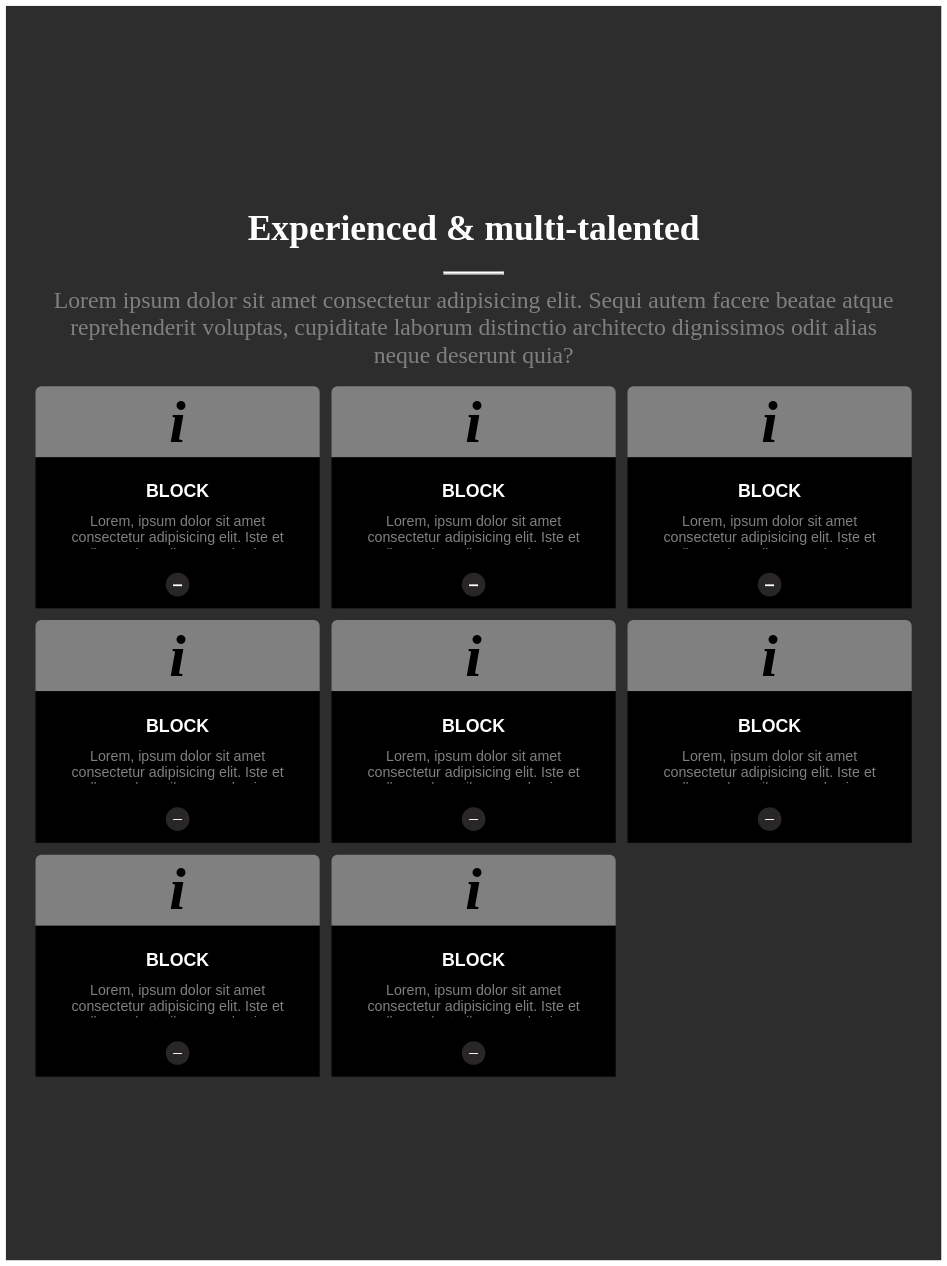
Repository: MohmdMHR/limesharp-test
Page: /
The author's editor kept a copy of each file at every save. The page is drawn from the files as they stood at one save, then again after a run of saves.
The browser window is 1280 px wide. The pictures show the whole page, at 74% of full size.
The project was rebuilt for these pictures with package versions that can differ from the ones it lists, and the page was loaded fresh each time. Also part of the build but not shown: vue.config.js.

Above is the page before, as saved 2022-07-20 18:40:27.

### src/main.js
import Vue from "vue";
import Main from "./Main.vue";

Vue.config.productionTip = false;

new Vue({
  render: (h) => h(Main),
}).$mount("#app");

### src/Main.vue
<template>
  <div class="main container">
    <h1 class="main-title">Experienced & multi-talented</h1>
    <hr class="spacer" />
    <div class="main-content">
      Lorem ipsum dolor sit amet consectetur adipisicing elit. Sequi autem
      facere beatae atque reprehenderit voluptas, cupiditate laborum distinctio
      architecto dignissimos odit alias neque deserunt quia?
    </div>
    <div class="cards-container">
      <card
        v-for="(card, index) in numberOfCards"
        :key="index"
        title="block"
      ></card>
    </div>
  </div>
</template>

<script>
import Card from "./components/card.vue";

export default {
  name: "App",
  components: {
    Card,
  },
  data() {
    return {
      numberOfCards: 8,
    };
  },
};
</script>

<style lang="scss" scoped>
.main {
  padding: 15rem 2rem;
  background-color: rgb(46, 45, 45);
}
.main-title {
  color: white;
  text-align: center;
  font-size: 3rem;
}
.spacer {
  border-top: 3px solid white;
  width: 5rem;
}
.main-content {
  color: gray;
  text-align: center;
  margin: 1rem 2rem;
  font-size: 2rem;
}
.cards-container {
  display: grid;
  grid-template-columns: repeat(auto-fit, 25rem);
  justify-content: center;
}
</style>

### src/components/card.vue
<template>
  <div>
    <div class="card container">
      <div class="card-banner-img">i</div>
      <div class="card-content">
        <h1 class="card-content-title">{{ title }}</h1>
        <p class="card-content-text" :class="{ collapsed: collapsed }">
          Lorem, ipsum dolor sit amet consectetur adipisicing elit. Iste et
          ullam voluptatibus a molestiae deleniti necessitatibus dolor.
        </p>
        <div
          class="card-btn"
          :class="{ toggled: collapsed }"
          @click="collapse()"
        ></div>
      </div>
    </div>
  </div>
</template>

<script>
export default {
  name: "SingleCard",
  data() {
    return {
      collapsed: false,
    };
  },
  props: {
    title: {
      type: String,
      Default: "Block",
    },
  },
  methods: {
    collapse() {
      this.collapsed = !this.collapsed;
    },
  },
};
</script>

<style lang="scss" scoped>
.card {
  position: relative;
  margin: 0.5rem;
}
.card-banner-img {
  overflow: hidden;
  background-color: gray;
  justify-content: center;
  display: flex;
  align-items: center;
  height: 6rem;
  font-weight: bold;
  font-style: italic;
  font-size: 5rem;
  border-radius: 0.5rem 0.5rem 0 0;
}
.card-content {
  background: black;
  padding: 1rem 2rem;
}
.card-content-title {
  color: white;
  text-transform: uppercase;
  text-align: center;
  font-family: "gotham-bold", sans-serif;
  font-size: 1.5rem;
}
.card-content-text {
  color: gray;
  text-align: center;
  height: 3rem;
  overflow: hidden;
  margin: 1rem;
  font-family: "proxima-nova", sans-serif;
  font-size: 1.2rem;
  &.collapsed {
    height: 100%;
    z-index: 1;
  }
}
.card-btn {
  margin: 2rem auto 0;
  cursor: pointer;
  height: 2rem;
  position: relative;
  width: 2rem;
  background: #282626;
  border-radius: 50%;
  &:before,
  &:after {
    background: white;
    top: 1rem;
    left: 0.6rem;
    content: "";
    height: 0.1rem;
    position: absolute;
    width: 0.8rem;
    transition: transform 500ms ease;
  }
  &:after {
    transform-origin: center;
  }
  &.toggled {
    &:after {
      transform: rotate(90deg);
    }
    &:before {
      transform: rotate(180deg);
    }
  }
}
</style>

Loaded but not shown: public/index.html (common file)

After the next 3 saves:
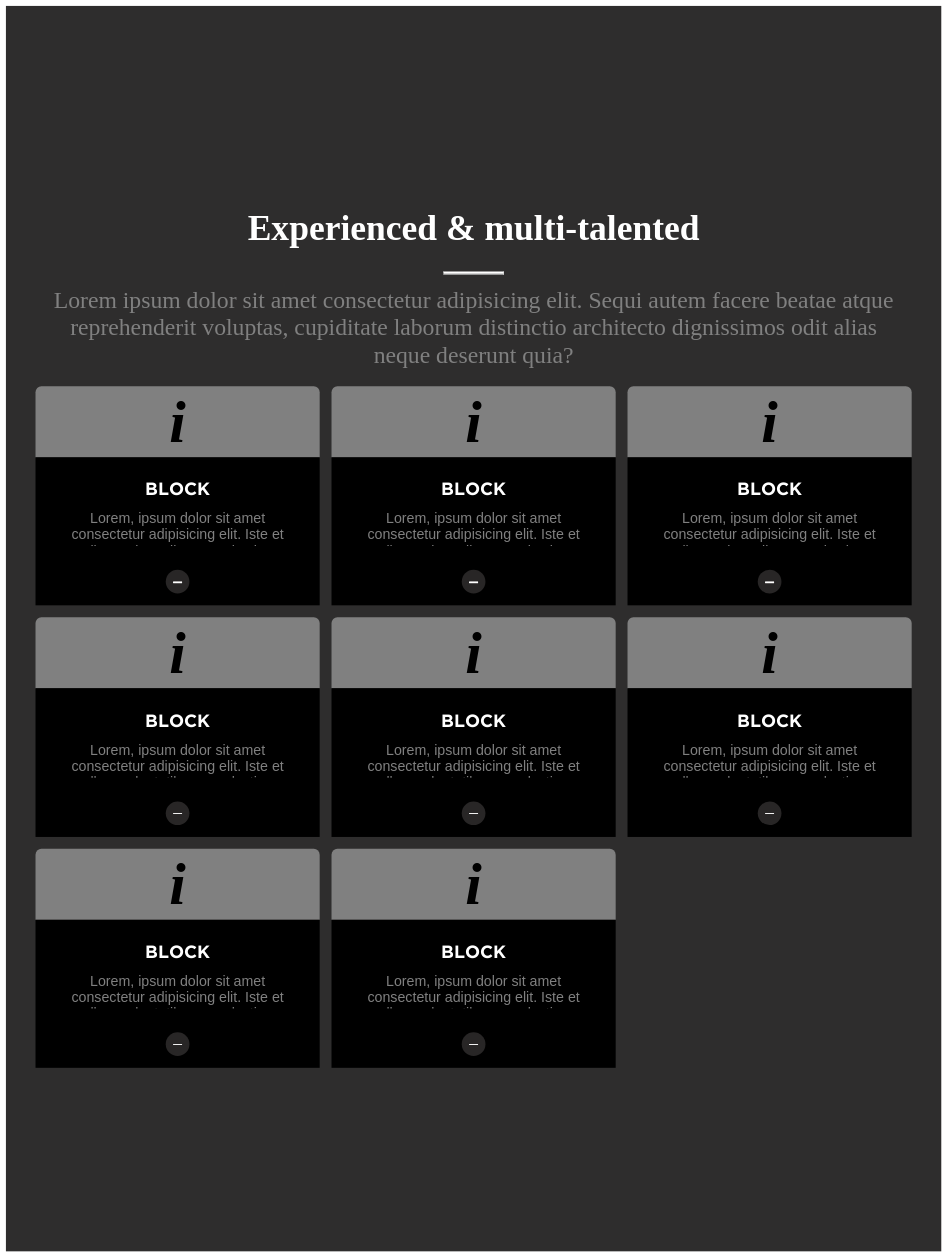
The 3 saves are shown as one change because 2 did not build or start.
The last was saved 7 min 49 s later.
--- a/src/Main.vue
+++ b/src/Main.vue
@@ -32,7 +32,16 @@ export default {
   },
 };
 </script>
-
+<style>
+@font-face {
+  font-family: "Gotham-Bold";
+  src: url("./assets/fonts/Gotham-Bold.ttf");
+}
+@font-face {
+  font-family: "ProximaNova-Regular";
+  src: url("./assets/fonts/ProximaNova-Regular.ttf");
+}
+</style>
 <style lang="scss" scoped>
 .main {
   padding: 15rem 2rem;
